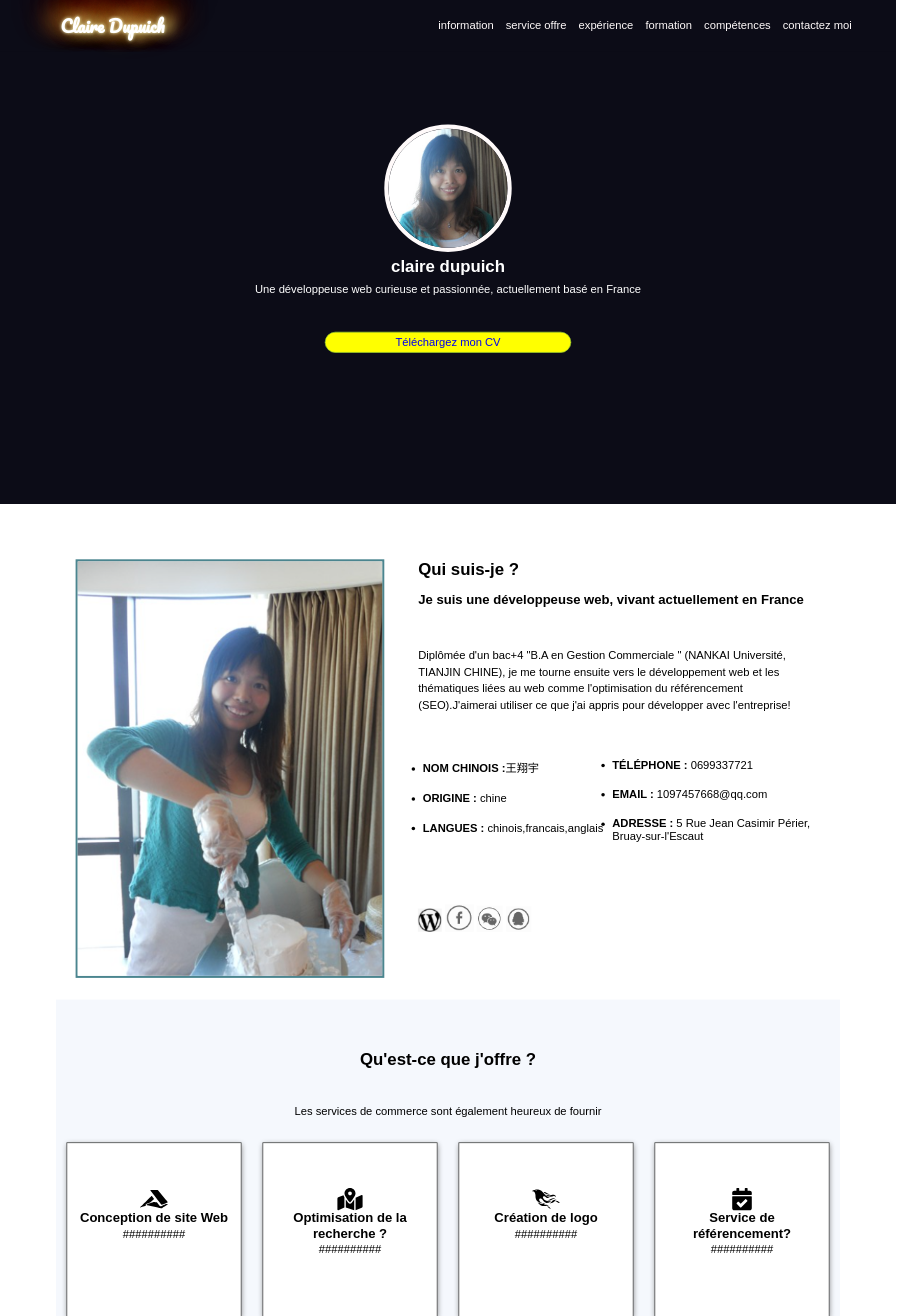
Repository: clairedupuich/cv-claireDUPUICH
Page: cv.html
The author's editor kept a copy of each file at every save. The page is drawn from the files as they stood at one save, then again after the next save.
The browser window is 1280 px wide. The page is 1284 px wide, so the pictures cover 1284 px, including what lies to the right of the window. The pictures show the part of the page from y = 0 to 1880 px (the page is 7145 px tall), at 70% of full size.
Some web libraries are served in a nearby version.

Above is the page before, as saved 2020-10-01 22:07:24.

### cv.html
<head>
    <title>CV de claire dupuich</title>
    <meta charset="utf-8">
    <meta name="viewport"
          content="width=device-width, initial-scale=1, user-scalable=no">
    <link rel="stylesheet" href="cv.css">
    <link rel="icon" type="image/ico" href="image/favicon.PNG" />
    <link rel="stylesheet" href="https://stackpath.bootstrapcdn.com/font-awesome/4.7.0/css/font-awesome.min.css">
    <link href="https://fonts.googleapis.com/css2?family=Pacifico&display=swap" rel="stylesheet">
</head>
<body>

    <header>
        <nav id="nav" >
            <h1 id="myBtn">Claire Dupuich</h1>
            <script>
                document.getElementById("myBtn").addEventListener("click", function() {
                  alert("Bienvenue sur mon site !");
                });
                </script>
            <ul>
                <li class="lan"><a href="#presant"> information</a></li>
                <li class="lan"><a href="#service">service offre</a></li>
                <li class="lan"><a href="#expreience">expérience</a></li>
                <li class="lan"><a href="#formation">formation</a></li>
                <li class="lan"><a href="#compretence">compétences</a></li>
                <li class="lan"><a href="#cont">contactez moi</a></li>
            </ul>

        </nav>
        <div class="image" id="navimage" >
            <a class="image-grand" href="照片.PNG"><img src="捕获170.png" alt="ma photo" class="ph"/> </a>
            <h2 class="dans-nav">claire dupuich</h2>
            <p>Une développeuse web curieuse et passionnée, actuellement basé en France</p>


        </div>
        <div class="telechargecv" >
            <a href="DUPUICH CV - E COMMERCE.doc">Téléchargez mon CV</a>

        </div>

    </header>
    <main>
        <!--section presant-->
        <section id="presant" >
        <div class="presant">
            <div class="image2">
                <img src="照片2.PNG" alt="un grand photo"/>
            </div>
            <div class="pre">
                <h2>Qui suis-je ?</h2>
                <h3>Je suis une développeuse web, vivant actuellement en France</h3>
                <p>Diplômée d'un bac+4 "B.A en Gestion Commerciale " (NANKAI Université, TIANJIN CHINE), je me tourne ensuite vers le développement web et les
                    thématiques liées au web comme l'optimisation du référencement (SEO).J'aimerai utiliser ce que j'ai appris pour développer avec l'entreprise!</p>
                <div class="list">

                    <ul>
                        <li><span class="contact-flex">nom chinois :</span>王翔宇</li>
                        <li><span class="contact-flex">origine : </span>chine</li>
                        <li><span class="contact-flex">langues : </span>chinois,francais,anglais</li>
                    </ul>
                    <ul>
                         <li><span class="contact-flex">téléphone : </span>0699337721</li>
                         <li><span class="contact-flex">email : </span>1097457668@qq.com</li>
                         <li><span class="contact-flex">adresse : </span>5 Rue Jean Casimir Périer,
                         </br> Bruay-sur-l'Escaut</li>
                    </ul>
                </div>
                <div class="social">
                    <a href="#"><img src="捕获wpress.PNG" alt="Logo wrodpress"></a>
                    <a href="#"><img src="捕获facebook.PNG" alt="Logo Fb"></a>
                    <a href="#"><img src="捕获微信.PNG" alt="Logo wechat"></a>
                    <a href="#"><img src="捕获QQ.PNG" alt="Logo QQ"></a>

                </div>

            </div>

        </div>

        </section>


        <!--section service-->
        <section id="service" class="service">
            <h2 class="service1">Qu'est-ce que j'offre ?</h2>
            <p class="service1">Les services de commerce sont également heureux de fournir</p>
            <div class="icons">
                <div class="icon-item">
                    <p class="padding"></p>
                    <i class="fab fa-accusoft fa-2x"></i>
                    <h3>Conception de site Web</h3>
                    <p>##########</p>

                </div>
                <div class="icon-item">
                    <p class="padding"></p>
                    <i class="fas fa-map-marked-alt fa-2x"></i>
                    <h3>Optimisation de la recherche ?</h3>
                    <p>##########</p>

                </div>
                <div class="icon-item">
                    <p class="padding"></p>
                    <i class="fab fa-phoenix-framework fa-2x"></i>
                    <h3>Création de logo</h3>
                    <p>##########</p>

                </div>
                <div class="icon-item">
                    <p class="padding"></p>
                    <i class="fas fa-calendar-check fa-2x"></i>
                    <h3>Service de référencement?</h3>
                    <p>##########</p>

                </div>

            </div>

        </section>


        <!--section expreience-->
        <section id="expreience" class="espace" >
            <h2 class="eh">Expériences professionnelles</h2>
            <div class="expr">
            <div class="expr1">
                <div class="enf">
                     <h3 class="exp-item">Commerciale e-commerce coordination opérationnelle</h3>
                     <p>2018-2019</br>ULM technologie Valenciennes France</br></br>###</p>
                </div>
                <div class="enf">
                    <h3 class="exp-item">Professeure de chinois</h3>
                    <p>2015-2016</br>à l'école primaire (Bourlon 59)</br></br>Aider les élèves à apprendre le chinois et de la culture chinois</p>
                </div>
                <div class="enf">
                    <h3 class="exp-item">Responsable Marketing et Actionnaire</h3>
                    <p>2009-2013</br>SIkE Ets Consulting Ltd, TIANJIN CHINE </br></br>Développement des projets du département marketing<br/>
                        Vérification et suivi des contrats clientèles VIP<br/>
                        Travail en relation avec les ministères<br/>
                        Formation et évaluation des nouveaux embauchés<br/>
                        Supervision et évaluations périodiques du staff<br/></p>
                </div>
                <div class="enf">
                    <h3 class="exp-item">Directrice des Ventes</h3>
                    <p>2008-2009</br>YUANYANG Science, TIANJIN, CHINE </br></br>Assister le Directeur Général<br/>
                        Développement du fichier clients<br/>
                        Formation du Staff « clients/téléphone »</p>
                </div>
            </div>
            <div class="expr2">
                <div class="enf">
                    <h3 class="exp-item">Responsable Commerciale et Actionnaire</h3>
                    <p>2006-2008</br>Jufuyuan Cultural Transmission, PEK </br></br>Création d’événementiels – supervision et coordination (15 salariés)</p>
                </div>
                <div class="enf">
                    <h3 class="exp-item">Journaliste Reporter d'images</h3>
                    <p>2006</br>pour la Chaîne TODAY's News à PEKIN</br></br>Reportages, couvertures de journaux, interview et investigations faits divers</p>
                </div>
                <div class="enf">
                    <h3 class="exp-item">Journaliste et rédactrice</h3>
                    <p>2005-2006</br>pour la chaîne ZHUOZHOU TV à  ZHUOZHOU </br></br>Reportages et presse écrite<br/>
                        Compétences éditoriales et participation aux réunions de travail d'édition</p>
                </div>
            </div>
            </div>

        </section>


        <!--section formation et diplom-->
        <section id="formation" class="formation">
            <div class="forco">
            <h2>formations et diplômes</h2>
            <div>
                <p><img src="iconfor3.png"/><span class="for-item">Formation « Developpeur web/mobile »</span></br>2020-Auj Anzin France</p>
                <p><img src="iconfor3.png"/><span class="for-item">Formation « MS Outil logiciels du E-commerce »</span></br>2018-2018 Valenciennes France</p>
                <p><img src="iconfor2_gaitubao_53x56.png"/><span class="for-item">B.A en Gestion Commerciale (maîtrise)</span></br>2007-2009 Chine</p>
                <p><img src="iconfor2_gaitubao_53x56.png"/><span class="for-item">Diplôme de gestion et administration des entreprises</span></br>2007-2009 Chine</p>
                <p><img src="iconfor2_gaitubao_53x56.png"/><span class="for-item">Diplôme en Production Audiovisuelle</span></br>2002-2005 Chine</p>


            </div>
            </div>
            <div class="forimg">
                <img src="photo compretence1.png" alt="un image" />
            </div>

        </section>


        <!--section compretence-->
        <section id="compretence" class="compretence">
            <h2 >Compétences</h2>
            <h3 class="compretence1">Professionnelles</h3>
            <div class="comp">
                <label for="barre1"> HTML / CSS</label>
                <progress id="barre1" max="100" value="60" >60%</progress>
            </div>
            <div class="comp">
                <label for="barre2">PHP / MySQL</label>
                <progress id="barre2" max="100" value="10">10%</progress>
            </div>
            <div class="comp">
                <label for="barre3">JavaScript</label>
                <progress id="barre3" max="100" value="10">10%</progress>
            </div>
            <div class="comp">
                <label for="barre4">SEO</label>
                <progress id="barre4" max="100" value="98">10%</progress>
            </div>
            <h3 class="compretence2">Personnelles</h3>
            <div class="comp2">

                 <p>Créativité</p>
                 <label for="cre">95%</label>
                 <progress id="cre" max="100" value="95"></progress>
            <div class="comp2">
                 <p>Adaptation</p>
                 <label for="ada">95%</label>
                 <progress id="ada" max="100" value="95">ou est moi?</progress>
            </div>
            <div class="comp2">
                 <p>Sérieuse</p>
                 <label for="ser">95%</label>
                 <progress id="ser" max="100" value="95"></progress>

            </div>
            <div class="comp2">
                 <p>Pédagogie</p>
                 <label for="peda">95%</label>
                 <progress id="peda" max="100" value="95"></progress>
        </div>

        </section>
        <!--section compretence type2-->
        <section id="service" class="service">
            <h2 >Quelles sont mes comprétences !</h2>
            <p class="service1">Prête à aider votre entreprise à grandir ensemble</p>
            <div class="icons">
                <div class="icon-item">
                    <i class="fas fa-laptop-code fa-2x"></i>
                    <h3>Informatique </h3>
                    <p>Utilisation d’outils de planification, Utilisation d’outils bureautiques, création de sites webs (Prestashop, WordPress, Oxatis, jomla Photoshop);Connaissance html, css.</p>

                </div>
                <div class="icon-item">
                    <i class="fas fa-globe-europe fa-2x"></i>
                    <h3>Langue parlé</h3>
                    <p>Trilingue Mandarin/Français/Anglais</p>

                </div>
                <div class="icon-item">
                    <i class="far fa-handshake fa-2x"></i>
                    <h3>Commerce et Management</h3>
                    <p>Négociation commerciale, team manager, gestion de crise, suivi de contrats, droit Chinois des sociétés, droit commercial Chinois,capable de travailler sous pression et dans le respect des délais.</p>

                </div>
                <div class="icon-item">
                    <i class="fas fa-calendar-check fa-2x "></i>
                    <h3>Communication et Audio visuel </h3>
                    <p>Relations publiques et médias; Usage de caméra pro, montage, interviews</p>

                </div>

            </div>

        </section>


        <!--section mes créations -->
        <section id="">

        </section>



        <!--section loisire-->
        <section id="" class="sintreret">
            <h2>centres d'intérêts </h2>
            <p class="sp">découvrez la beauté de la vie</p>
            <div><audio src="千余千寻.lnk" controls autoplay >Entendez-vous ?</aodiuo></div>

           <!--

           <!--<div class="carousel">->
            <div class="slide-container">
                    <div>
                    <div class="slid1 slid">
                        <img src="image\乔巴1.jpg " alt="" class="iimage">
                        <div class="text">
                            <p>One Piece,Dragon Ball Z, Gintama et Le Pacte des Yōkai.Chaque anime est un monde indépendant. Ils sont si loin de nous, mais ils nous rappellent de temps en temps de garder notre innocence et notre passion pour la vie .</p>
                            <h2>Anime</h2>
                            <h3>profite de la vie</h3>
                        </div>
                    </div>

                    <div class="slid2 slid">
                        <img src=" " alt="" class="iimage">
                        <div class="text">
                            <p></p>
                            <h2>musique classique</h2>
                            <h3>profite de la vie</h3>
                        </div>
                    </div>

                    <div class="slid3 slid">
                        <img src=" " alt="" class="iimage">
                        <div class="text">
                            <p></p>
                            <h2>sport</h2>
                            <h3>profite de la vie</h3>
                        </div>
                    </div>

                    <div class="slid4 slid">
                        <img src=" " alt="" class="iimage">
                        <div class="text">
                            <p></p>
                            <h2>jardinage</h2>
                            <h3>profite de la vie</h3>
                        </div>
                    </div>

                    <div class="slid5 slid">
                        <img src=" " alt="" class="iimage">
                        <div class="text">
                            <p></p>
                            <h2>Littérature</h2>
                            <h3>profite de la vie</h3>
                        </div>
                    </div>
                    </div>
                    <!-- Bouton slide précédant -->
                    <a class="prev" id="prev"><</a>
                    <!-- Bouton slide suivant -->
                    <a class="next" id="next">></a>


            </div>
            <br>
            <!-- Indicateurs de Position ->

            <div class="dots">
                 <span class="dot" onclick="currentSlide(1)"></span>
                 <span class="dot" onclick="currentSlide(2)"></span>
                 <span class="dot" onclick="currentSlide(3)"></span>
                 <span class="dot" onclick="currentSlide(4)"></span>
                 <span class="dot" onclick="currentSlide(5)"></span>
            </div>

        </section>
        -->
        <!--senction simple pour l'instant-->
        <div class="contenue-interet">
            <figure class="fig">
                <img img src="image\jardinage.PNG" alt="" class="iimage"/>
                <figcaption>jardinage</figcaption>
            </figure>
            <figure class="fig">
                <img img src="image\musique.PNG" alt="" class="iimage"/>
                <figcaption>musique classique</figcaption>
            </figure>
            <figure class="fig">
                <img img src="image\乔巴1.jpg" alt="" class="iimage"/>
                <figcaption>Anime</figcaption>
            </figure>
            <figure class="fig">
                <img img src="image\sport1.PNG" alt="" class="iimage"/>
                <figcaption>sport</figcaption>
            </figure>
            <figure class="fig">
                <img img src="image\书1.PNG" alt="" class="iimage"/>
                <figcaption>Littérature</figcaption>
            </figure>

        </div>
        <section model de centre interet>

            <div class="owl-item">
                    <div class="review-item">
                        <div class="clint">
                            <img src="image\乔巴1.jpg" alt="" class="imagecerf"/>
                        </div>
                        <p>One Piece,Dragon Ball Z, Gintama et Le Pacte des Yōkai.Chaque anime est un monde indépendant. Ils sont si loin de nous, mais ils nous rappellent de temps en temps de garder notre innocence et notre passion pour la vie .</p>
                        <h2>Anime</h2>
                        <h3>profite de la vie</h3>
                    </div>
             </div>
         </section>



        <!--section formulaire de contact-->
        <section id="cont" class="cont" >
            <h2>contactez moi</h2>
            <div class="hform">
                 <h3>Au plaisir de vous entendre</h1>
                 <p class="contat-p">Nous respectons votre vie privée, ne tolérons pas les spams, ne divulguerons pas vos informations</p>
                 <form action="https://clairedupuich.wordpress.com/contact/#contact-form-3" method="post" class="contact-form ">
                         <div class="nomemail">
                                 <div class="form-nom">
                                     <label for="f-nom" class="fln nom"></label>
                                     <input type="text" name="f-nom" id="f-nom" value="Ton nom" class="name" required >
                                 </div>

                                 <div class="form-emil">
                                      <label for="f-email" class="fln email"></label>
                                      <input type="email" name="f-email" id="f-email" value="Ton E-mail" class="name email" required>
                                 </div>
                         </div>

                         <div class="form-message">
                              <label for="f-message" class="fml"></label>
                              <textarea name="f-message" id="f-message" rows="8" class="textarea" required >Laissez votre message ici </textarea>
                         </div>
                         <div class="contact-submit">

                             <input type="submit"  value="envoyer  message">

                         </div>
                 </form>
            </div>
        </section>






    </main>
    <footer>
    <div class="fo1">
        <h2 class="foh2">claire dupuich</h2>
        <ul>
            <li><img class="iconfooter" src="image\脸书.PNG"/> </li>
            <li><img class="iconfooter" src="image\百度.PNG"/></li>
            <li><img class="iconfooter" src="image\微信1.PNG"/></li>
            <li><img class="iconfooter" src="image\电话.PNG"/></li>

        </ul>

    </div>

    <div class="fo2">

        <p class="fop">Heureux tous les jours</p>
        <p class="fop2"><a href="#navimage"> ^ </a> </p>

    </div>
    </footer>
    <script defer src="https://use.fontawesome.com/releases/v5.14.0/js/all.js" integrity="sha384-3Nqiqht3ZZEO8FKj7GR1upiI385J92VwWNLj+FqHxtLYxd9l+WYpeqSOrLh0T12c" crossorigin="anonymous"></script>
</body>

Loaded but not shown: cv.css (648 lines, source omitted)

After the next save:
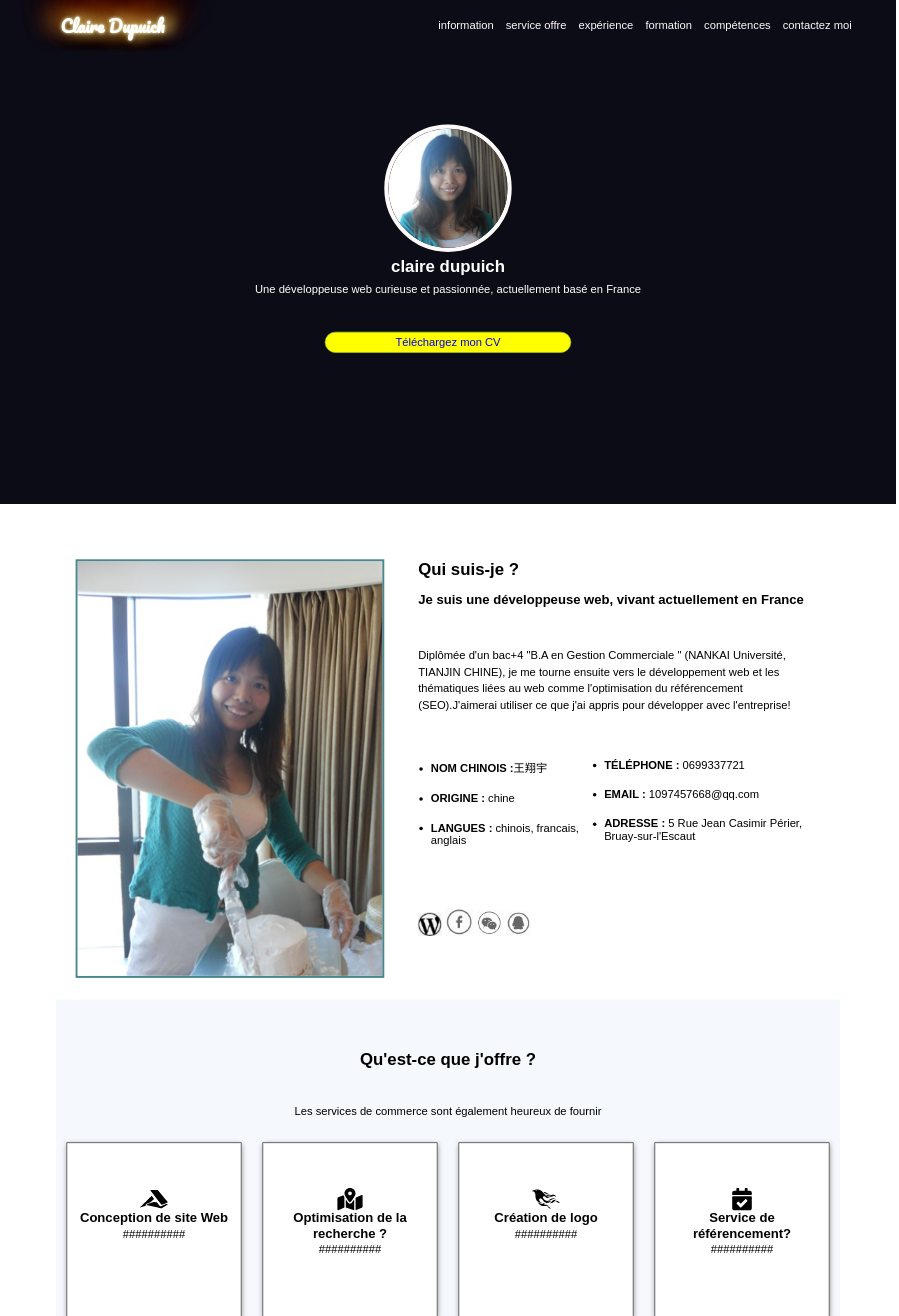
Saved 40 s later.
--- a/cv.html
+++ b/cv.html
@@ -58,7 +58,7 @@
                     <ul>
                         <li><span class="contact-flex">nom chinois :</span>王翔宇</li>
                         <li><span class="contact-flex">origine : </span>chine</li>
-                        <li><span class="contact-flex">langues : </span>chinois,francais,anglais</li>
+                        <li><span class="contact-flex">langues : </span>chinois, francais, <br>anglais</li>
                     </ul>
                     <ul>
                          <li><span class="contact-flex">téléphone : </span>0699337721</li>
